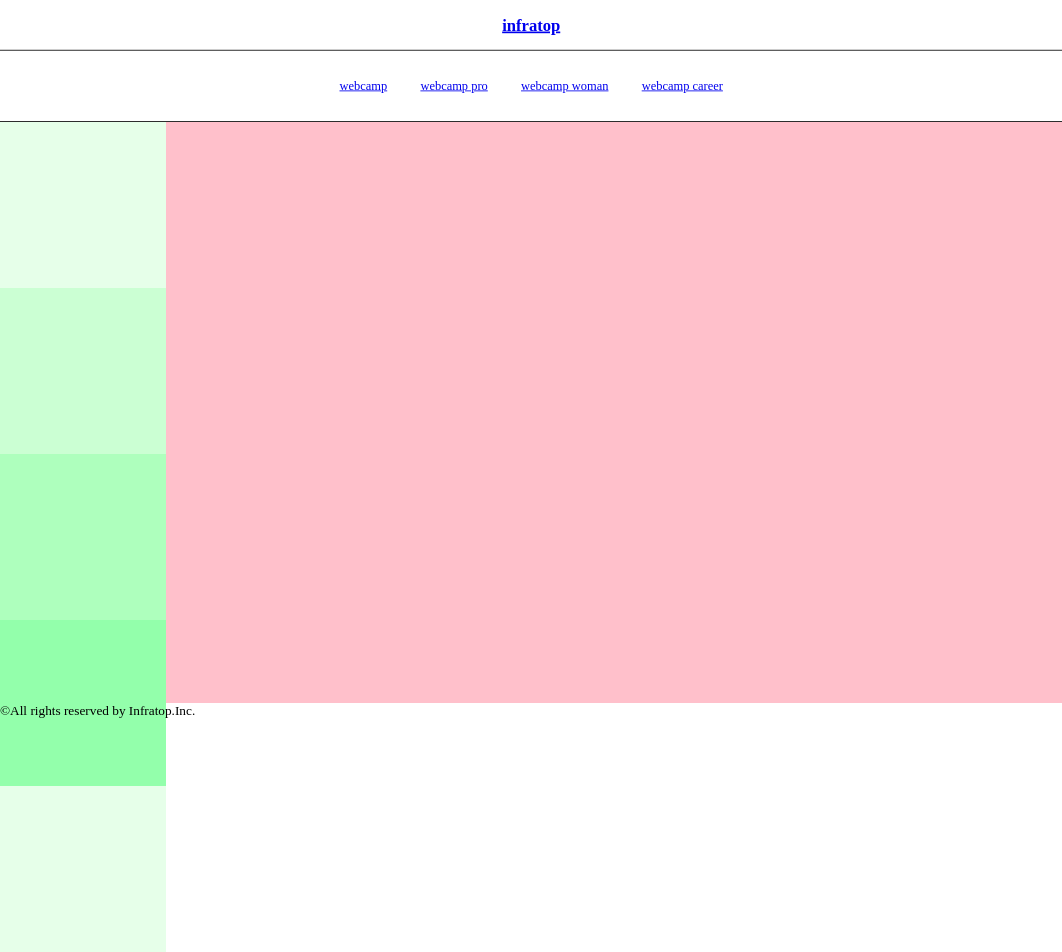
Repository: shizuki-okuma/dmm-webcamp
Page: chapter5_exercise/chapter5_exercise.html
The author's editor kept a record of every edit. The page is drawn from the files as they stood at one moment, then again after the next edit.
The browser window is 1280 px wide. The pictures show the whole page, at 83% of full size.

Above is the page before.

After the next edit:
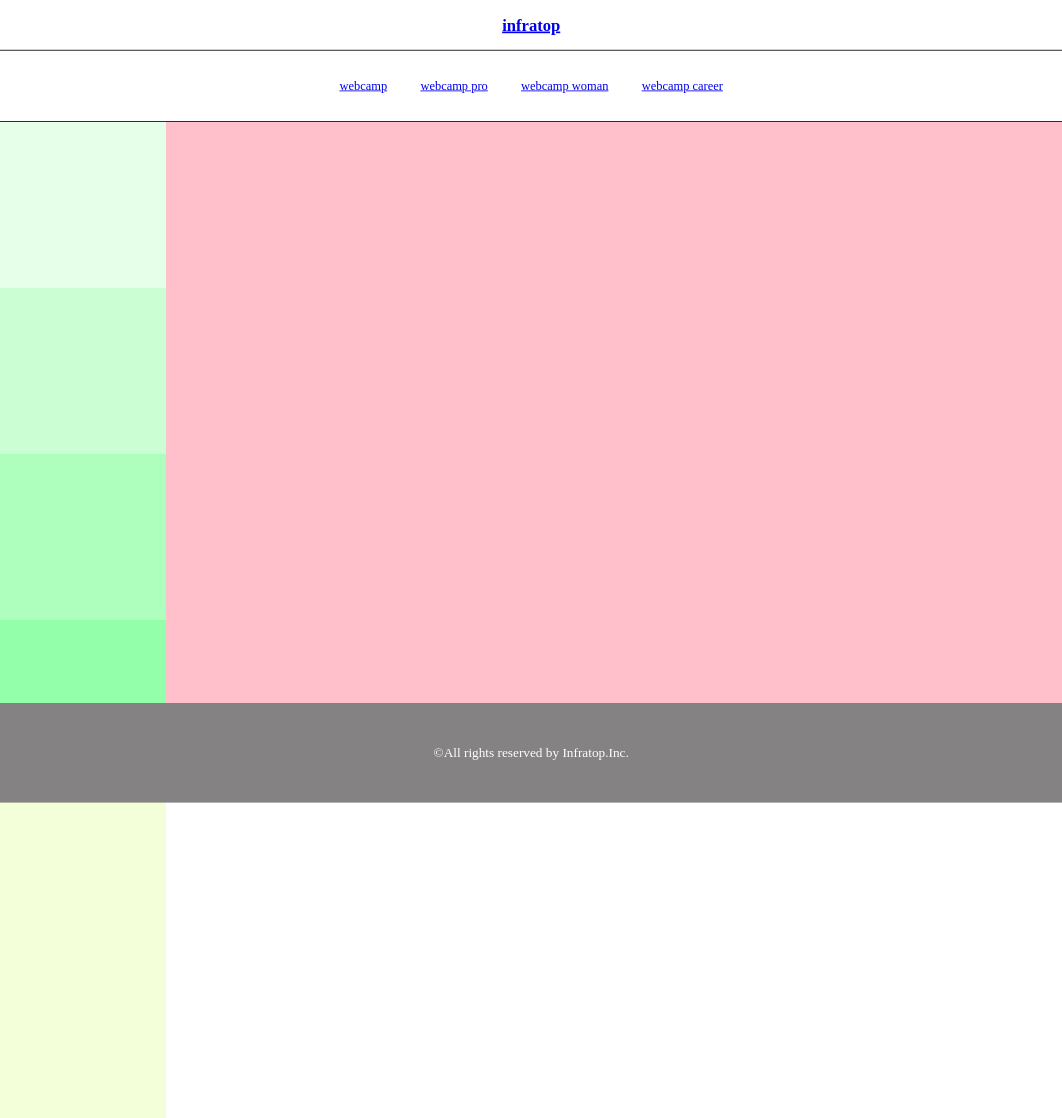
The edit:
--- a/chapter5_exercise/style5.css
+++ b/chapter5_exercise/style5.css
@@ -73,8 +73,13 @@
 .yellow1 {
   width: 200px;
   height: 200px;
-  background-color: #e6ffe9;
-
+  background-color: #f3ffd8;
+}
+.yellow2 {
+  width: 200px;
+  height: 200px;
+  background-color: #f3ffd8;
+}
 footer {
   width: 100%;
   height: 120px;
